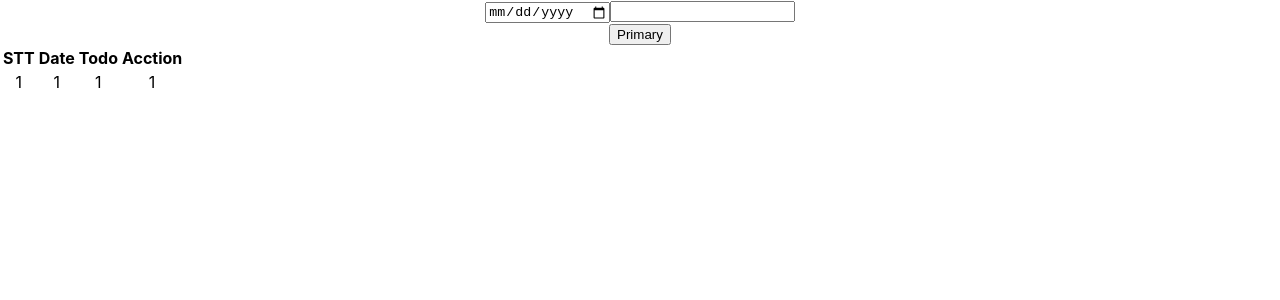
Repository: vanviet99/bietitmatit
Page: /
The author's editor kept a copy of each file at every save. The page is drawn from the files as they stood at one save, then again after a run of saves.
The browser window is 1280 px wide. The pictures show the whole page.
The project was rebuilt for these pictures with package versions that can differ from the ones it lists, and the page was loaded fresh each time.

Above is the page before, as saved 2022-10-03 21:16:48.

After the next 2 saves:
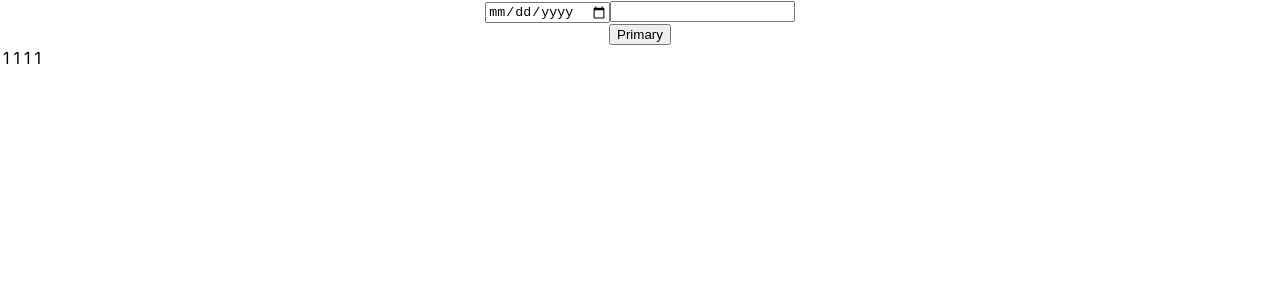
The 2 saves are shown as one change because they came seconds apart.
The last was saved 32 s later.
--- a/src/App.js
+++ b/src/App.js
@@ -16,12 +16,7 @@ function App() {
     <div>
     <table className="table">
   <thead>
-    <tr>
-      <th scope="col">STT</th>
-      <th scope="col">Date</th>
-      <th scope="col">Todo</th>
-      <th scope="col">Acction</th>
-    </tr>
+      {}
   </thead>
   <tbody>
     <tr>
